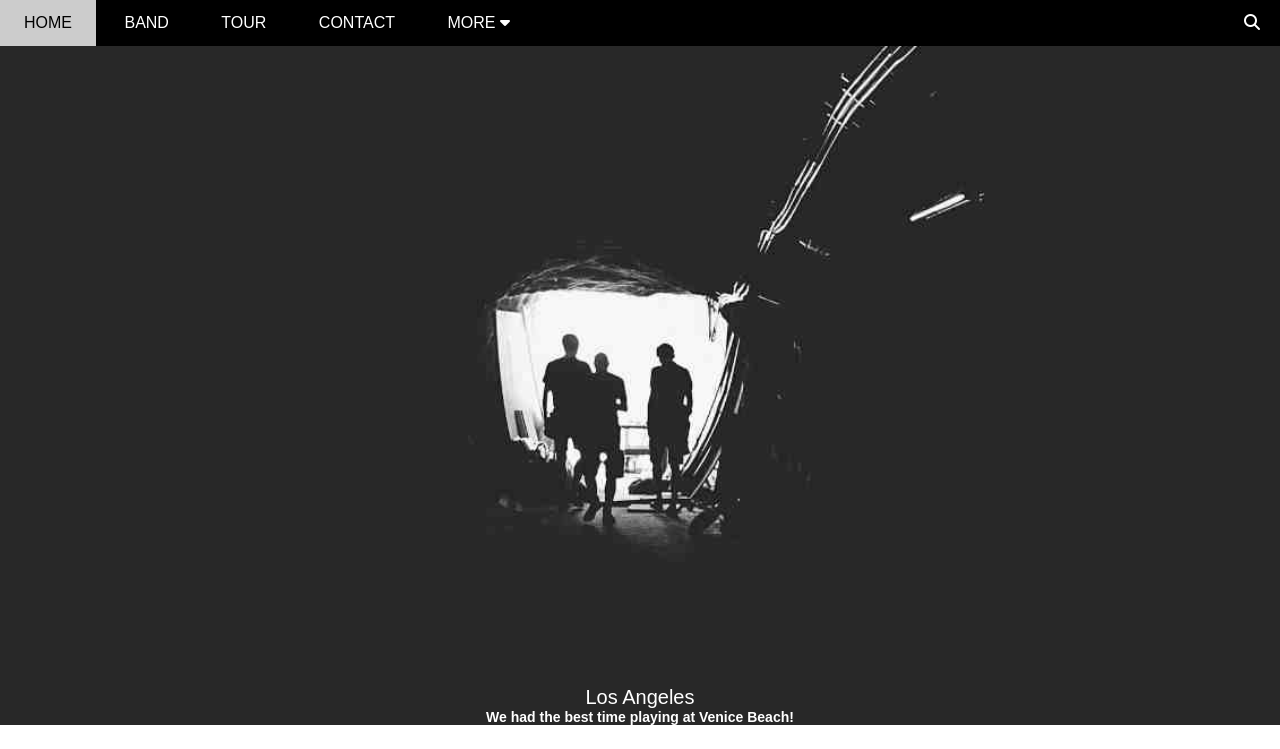
Repository: TranPhucThinh/clone-the-band
Page: index.html
An editor plug-in stored every save of this project. The page is shown before and after the next save, followed by the edit.
The browser window is 1280 px wide. The pictures show the whole page.
Some web libraries are served in a nearby version.

Above is the page before, as saved 2022-08-04 00:16:41.

After the next save:
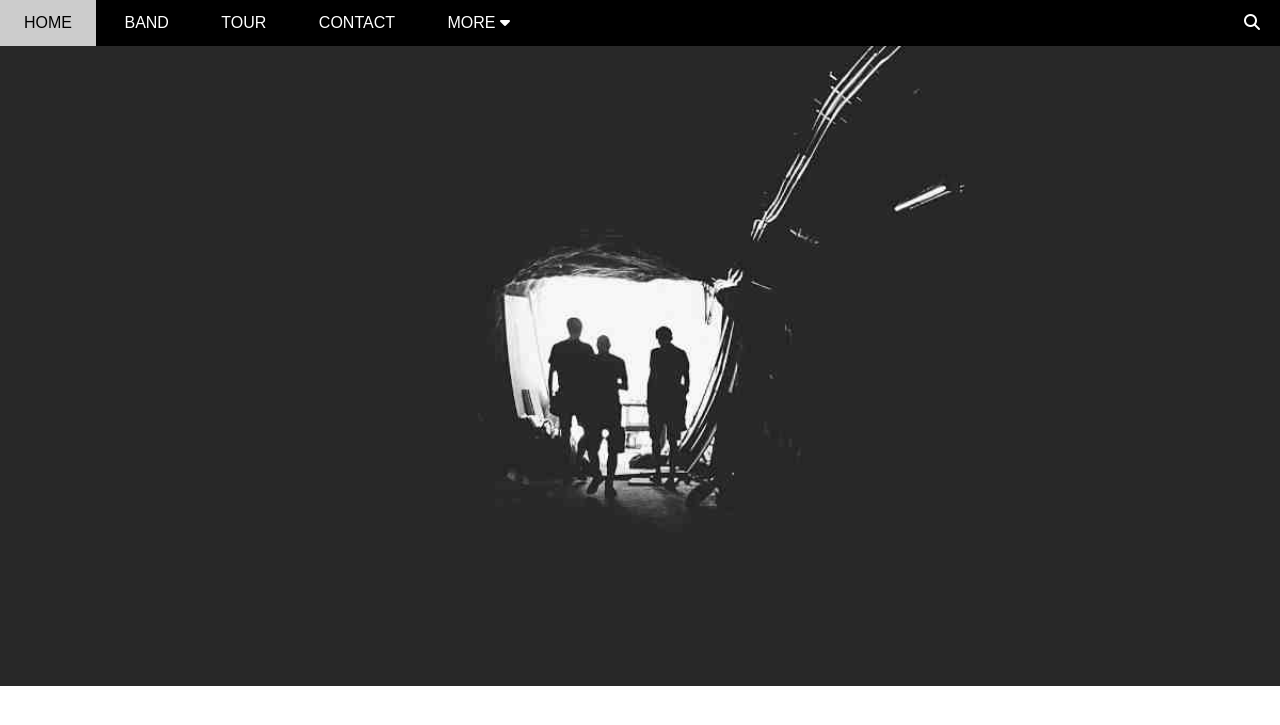
Saved 55 s later.
--- a/assets/style.css
+++ b/assets/style.css
@@ -93,12 +93,13 @@ html {
   margin-top: 46px;
   padding-top: 50%;
   background: url('/assets/imgs/la.jpg') top center / cover no-repeat;
+  position: relative;
 }
 
 #slider .text-slider {
   color: #fff;
   text-align: center;
-  margin-bottom: 24px;
+  position: absolute;
 }
 
 #slider .slider-heading {
